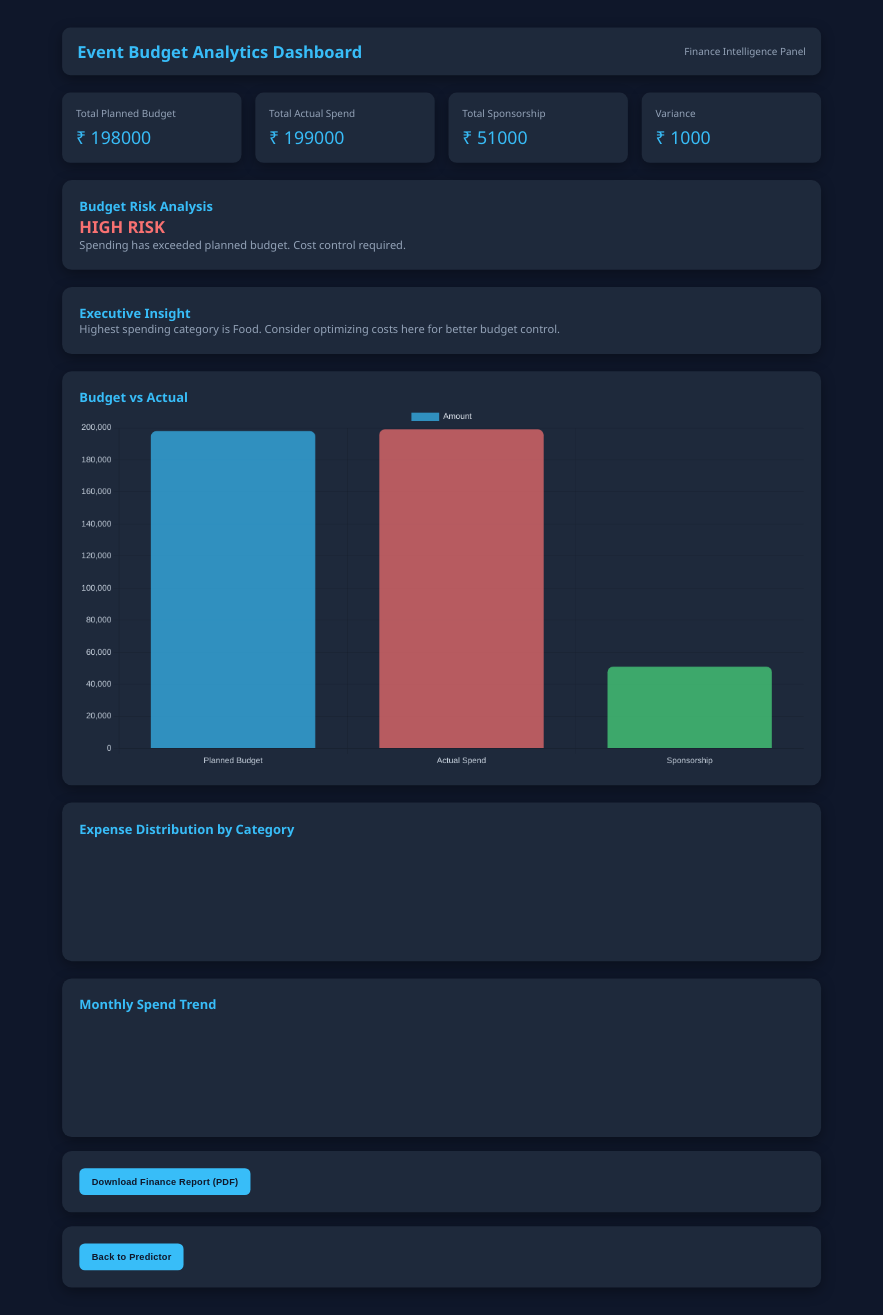
Repository: PratapOP/event-budget-analytics
Page: http://localhost/dashboard
The author's editor kept a copy of each file at every save. The page is drawn from the files as they stood at one save, then again after a run of saves.
The browser window is 1280 px wide. The pictures show the whole page, at 69% of full size.
The page is served by the project's application, run on Flask 3 (app.py).

Above is the page before, as saved 2026-02-21 05:15:06.
Console error: ReferenceError: categoryLabels is not defined

After the next 2 saves:
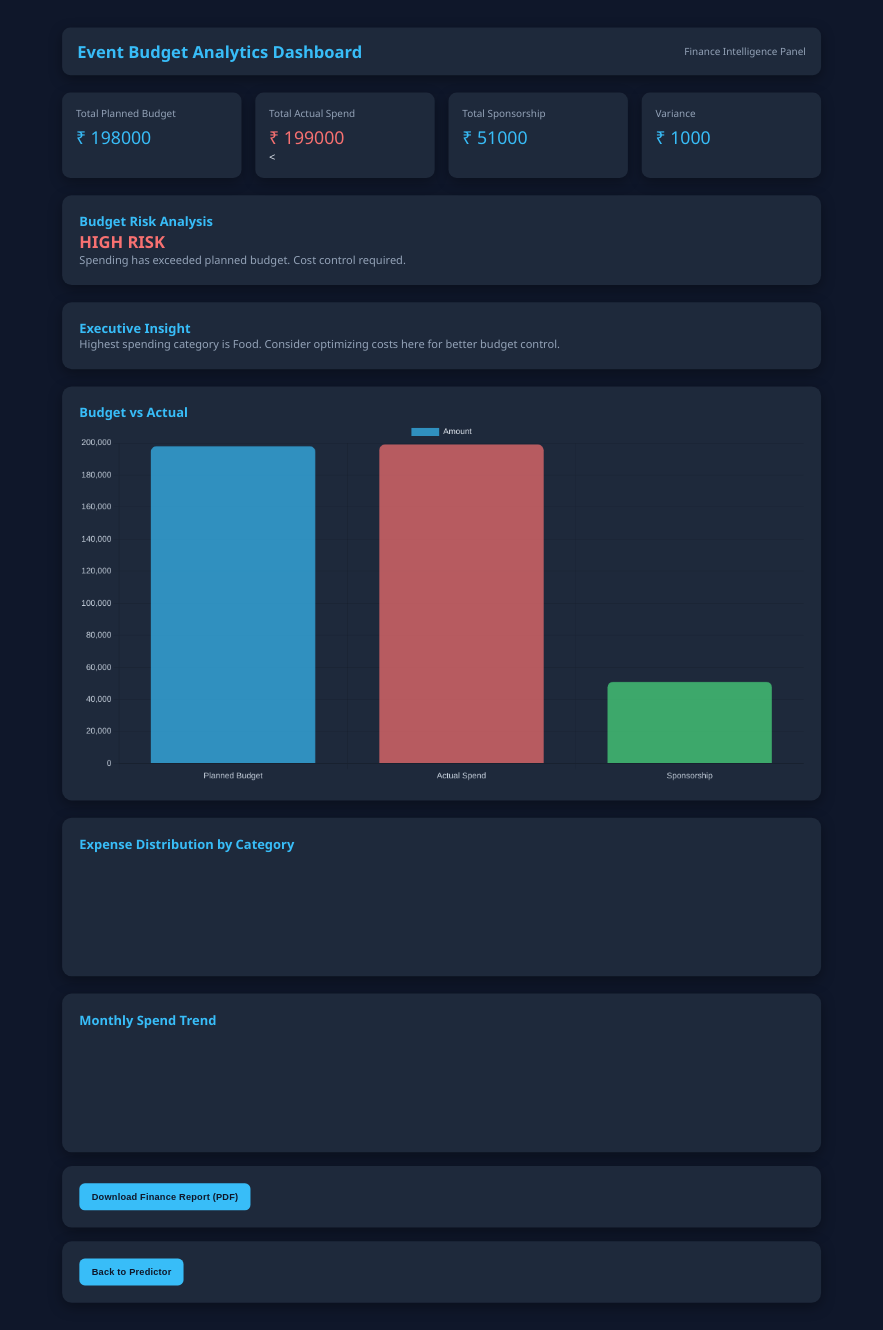
The 2 saves are shown as one change because they came seconds apart.
The last was saved 101 s later.
--- a/templates/dashboard.html
+++ b/templates/dashboard.html
@@ -24,7 +24,9 @@
 
         <div class="kpi-card">
             <div class="kpi-title">Total Actual Spend</div>
-            <div class="kpi-value">₹ {{ actual }}</div>
+            <div class="kpi-value" style="color:#f87171;">
+₹ {{ actual }}
+</div><
         </div>
 
         <div class="kpi-card">
